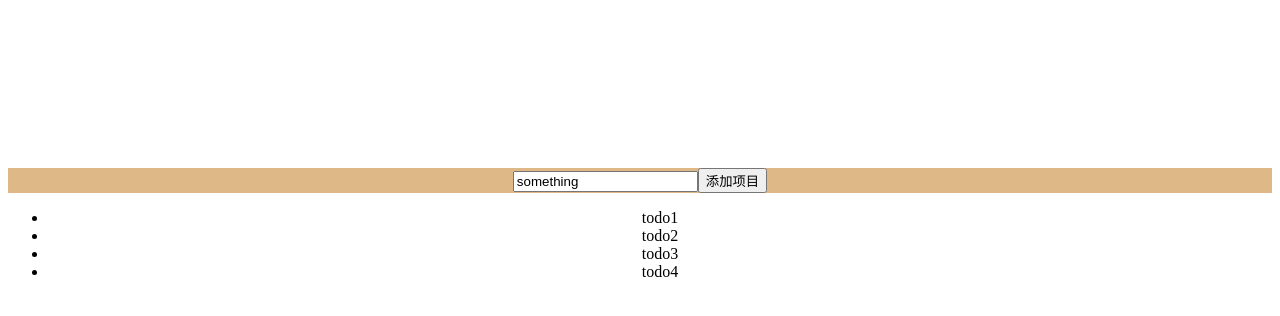
Repository: ArtemisWang/todolistProject
Page: /
An editor plug-in stored every save of this project. The page is shown before and after the next save, followed by the edit.
The browser window is 1280 px wide. The pictures show the whole page.
The project was rebuilt for these pictures with package versions that can differ from the ones it lists, and the page was loaded fresh each time.

Above is the page before, as saved 2020-02-28 21:35:20.

### src/App.js
import React,{useState} from 'react';
import './App.css'
const App=function(){

    const [list, setList]=useState(['todo1','todo2','todo3','todo4'])
    const [content, setContent]=useState('something')

    function addItem(){
        setList([...list,content])
        setContent('')
    }

    function changeContent(e){
        setContent(e.target.value)
        return content
    }

    function deleteItem(i){
        setList(list.filter((x,index)=>index!==i))
    }

    return (
    <div className='app'>
        <div className='input'>
            <input onChange={changeContent} value={content}/>
            <button onClick={addItem}>添加项目</button>
        </div>
        <div className='u-list'>
            <ul>
                {list.map((it,i)=>(<li key={it+i} onClick={deleteItem.bind(this,i)}>{it}</li>))}
            </ul>
        </div>
    </div>)
}




export default App

### src/App.css
.app{
    text-align: center;
    padding-top: 10rem;
}

.input{
    display: block;
    background-color: burlywood;
    width: auto;
}

Loaded but not shown: public/index.html (common file); src/index.js (common file)

After the next save:
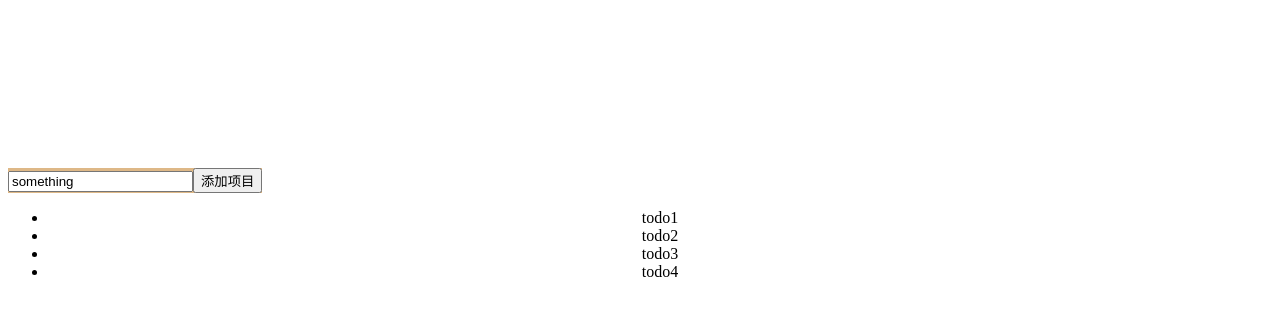
Saved 21 s later.
--- a/src/App.css
+++ b/src/App.css
@@ -6,5 +6,5 @@
 .input{
     display: block;
     background-color: burlywood;
-    width: auto;
+    width: fit-content;
 }
